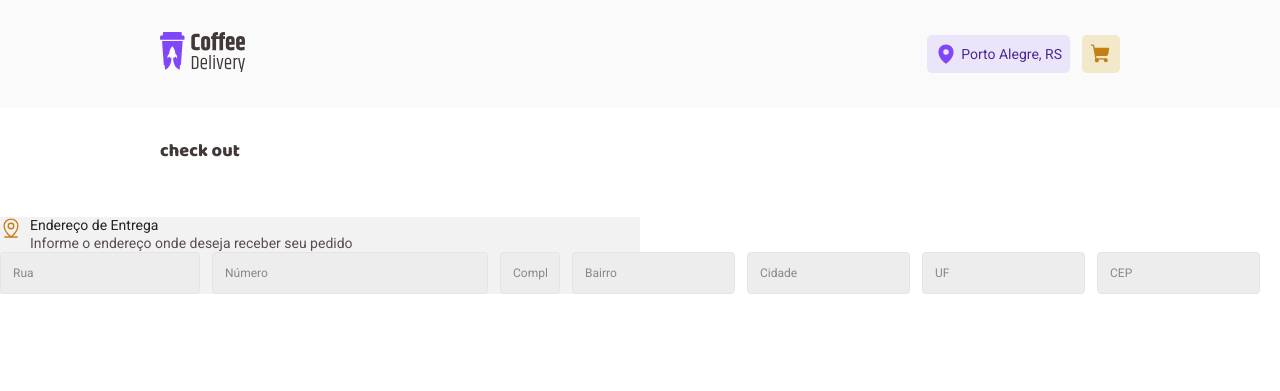
Repository: caueenrico/CoffeDelivery
Page: /checkout
The author's editor kept a copy of each file at every save. The page is drawn from the files as they stood at one save, then again after a run of saves.
The browser window is 1280 px wide. The pictures show the whole page.
The project was rebuilt for these pictures with package versions that can differ from the ones it lists, and the page was loaded fresh each time. Also part of the build but not shown: vite.config.ts, src/components/CoffesOptions/styled.ts, src/components/CoffeCards/styles.ts, src/components/IpuntNumber/styles.ts, src/components/IpuntNumber/index.tsx, src/components/CartOfCard/styles.ts, src/components/CartOfCard/index.tsx, src/utils/formatMoney.ts and 4 more.

Above is the page before, as saved 2022-09-22 15:09:54.

After the next 5 saves:
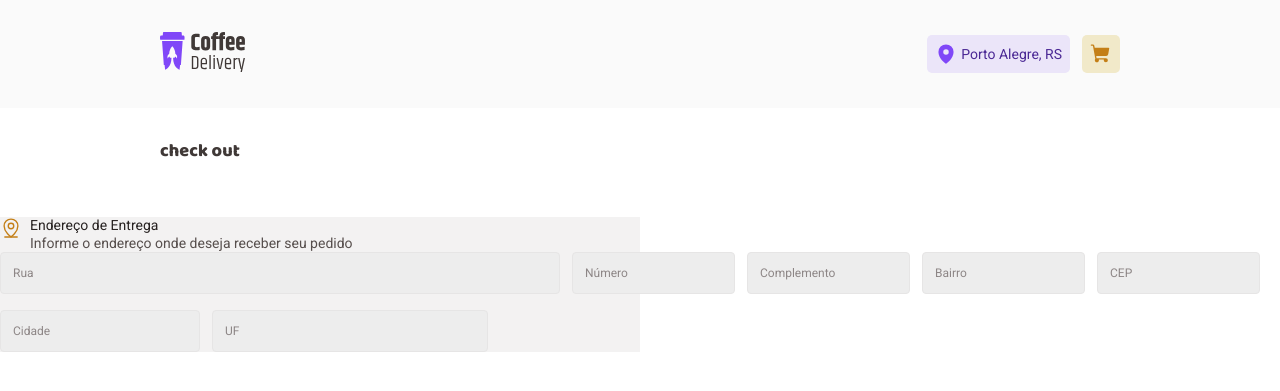
The 5 saves are shown as one change because they came seconds apart.
The last was saved 14 s later.
--- a/src/pages/CheckOut/styles.ts
+++ b/src/pages/CheckOut/styles.ts
@@ -22,7 +22,9 @@ export const AddressFormContainer = styled.div`
   }
 
   .street{
-    grid-column: ;
+    grid-column: span 3;
   }
 
+  .
+
 `
